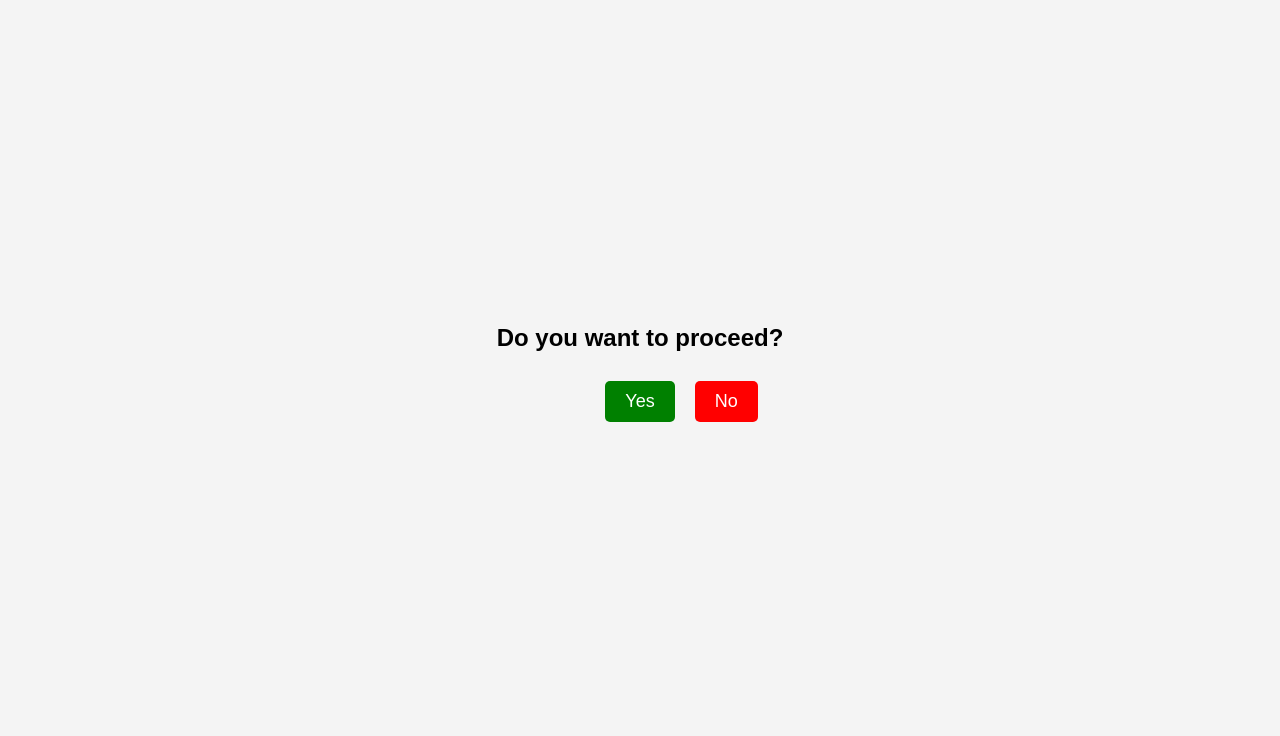
Repository: JishuChouhan/MyCode
Page: yes.html
These files come from the project's save history. The page is drawn as it stood at one moment and after the next save; the edit follows.
The browser window is 1280 px wide. The pictures show the whole page.

Above is the page before, as saved 2025-02-17 17:39:30.

After the next save:
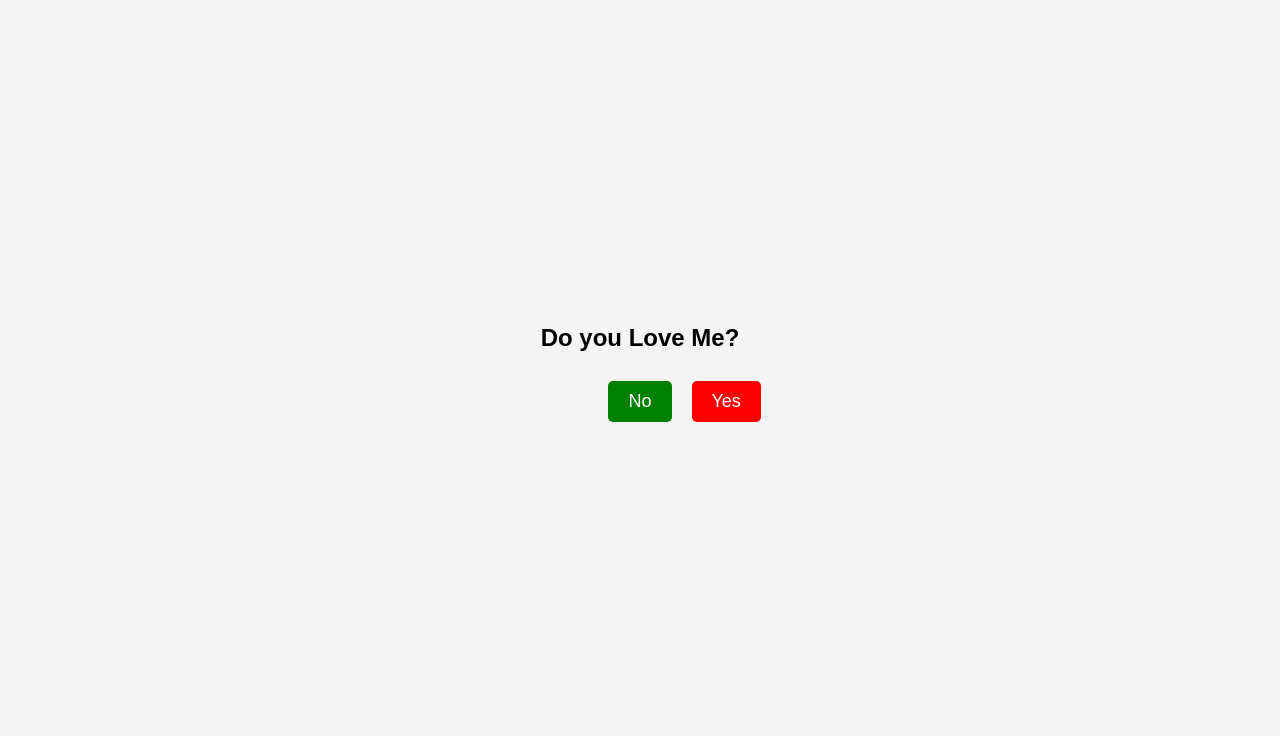
Saved 2 min 28 s later.
--- a/yes.html
+++ b/yes.html
@@ -41,10 +41,10 @@
 </head>
 <body>
 
-    <h2>Do you want to proceed?</h2>
+    <h2>Do you Love Me?</h2>
     <div class="btn-container">
-        <button id="yesBtn" class="btn" onclick="redirect()">Yes</button>
-        <button id="noBtn" class="btn" onmouseover="moveButton()">No</button>
+        <button id="yesBtn" class="btn" onclick="redirect()">No</button>
+        <button id="noBtn" class="btn" onmouseover="moveButton()">Yes</button>
     </div>
 
     <script>
@@ -56,7 +56,7 @@
         }
 
         function redirect() {
-            window.location.href = "https://example.com"; // Change to your target page
+            window.location.href = "index.html"; // Change to your target page
         }
     </script>
 
